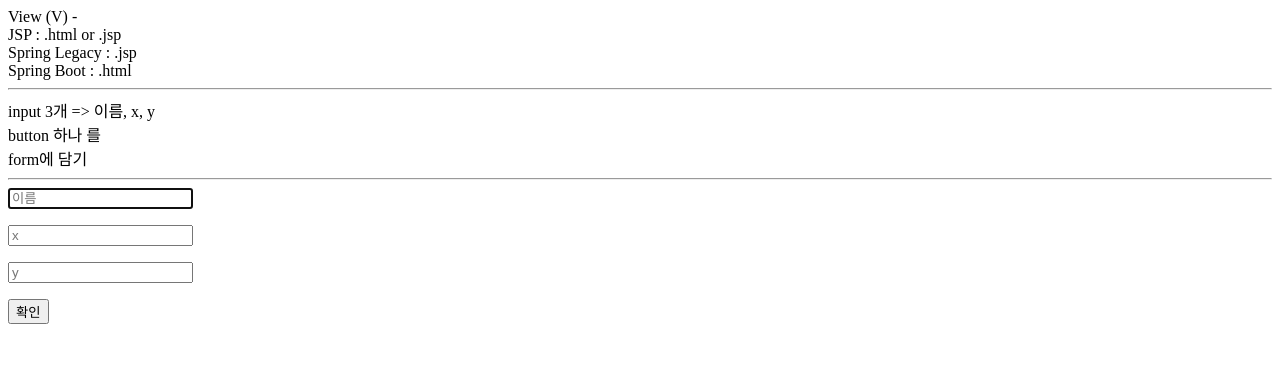
Repository: womss/sexyguy
Page: http://localhost/Feb11_2_SpringMVC/
The author's editor kept a copy of each file at every save. The page is drawn from the files as they stood at one save, then again after the next save.
The browser window is 1280 px wide. The pictures show the whole page.
The page is served by Tomcat 9. Other server files are loaded and not shown.

Above is the page before, as saved 2025-02-11 01:39:45.

### Spring/Feb11_2_SpringMVC/src/main/webapp/WEB-INF/views/index.jsp
<%@ page language="java" contentType="text/html; charset=UTF-8"
    pageEncoding="UTF-8"%>
<!DOCTYPE html>
<html>
<head>
<meta charset="UTF-8">
<title>Insert title here</title>
</head>
<body>
	View (V) - <br>
		JSP : .html or .jsp <br>
		Spring Legacy : .jsp <br>
		Spring Boot : .html <br>
	<hr>
	input 3개 => 이름, x, y <br>
	button 하나 를 <br>
	form에 담기
	<hr>
	<form action="">
		<input name="n" autofocus autocomplete="off" placeholder="이름"> <p>
		<input name="x" autocomplete="off" placeholder="x"> <p>
		<input name="y" autocomplete="off" placeholder="y"> <p>
		<button type="submit">확인</button>
	</form>

</body>
</html>

After the next save:
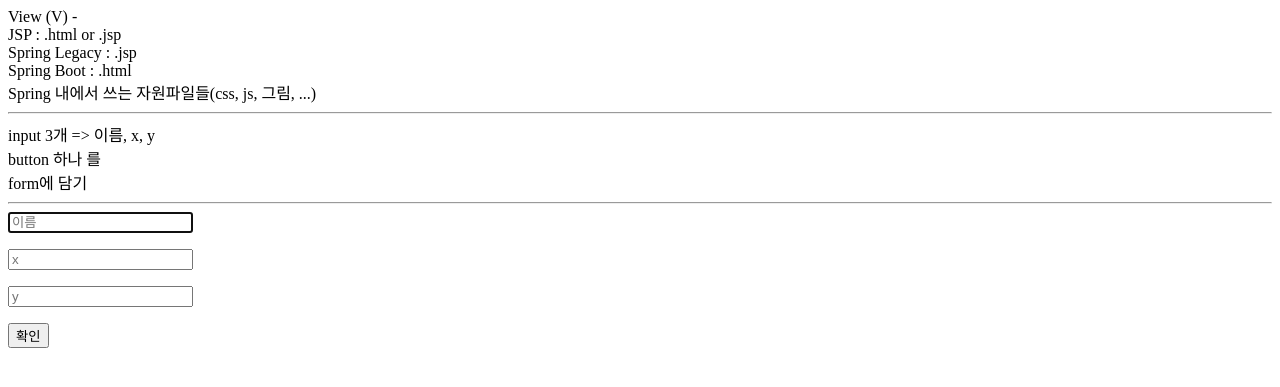
Saved 22 s later.
--- a/Spring/Feb11_2_SpringMVC/src/main/webapp/WEB-INF/views/index.jsp
+++ b/Spring/Feb11_2_SpringMVC/src/main/webapp/WEB-INF/views/index.jsp
@@ -11,6 +11,8 @@
 		JSP : .html or .jsp <br>
 		Spring Legacy : .jsp <br>
 		Spring Boot : .html <br>
+
+		Spring 내에서 쓰는 자원파일들(css, js, 그림, ...)
 	<hr>
 	input 3개 => 이름, x, y <br>
 	button 하나 를 <br>
